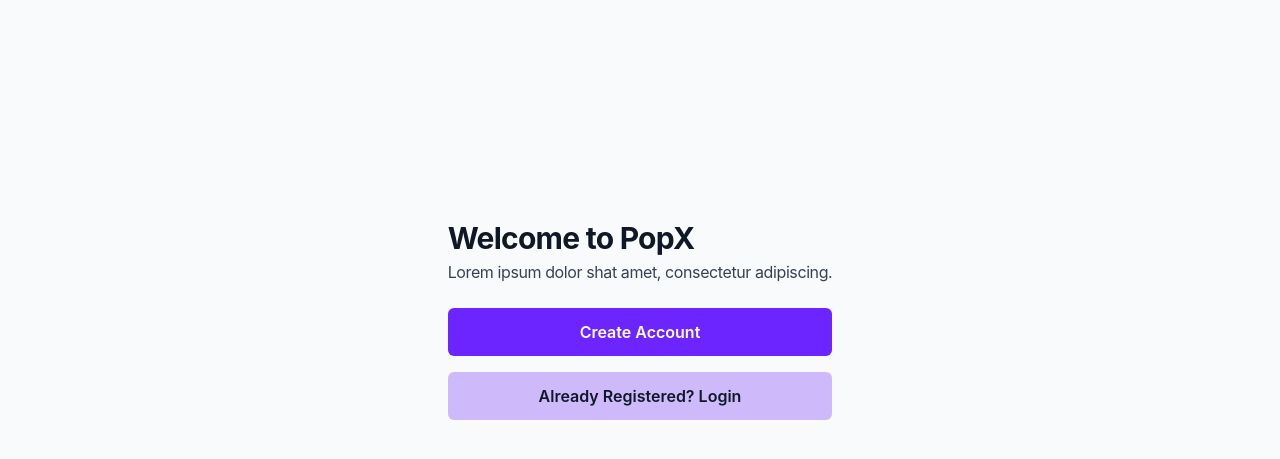
Repository: tanayburbure/inter
Page: /
An editor plug-in stored every save of this project. The page is shown before and after the next save, followed by the edit.
The browser window is 1280 px wide. The pictures show the whole page.
The project was rebuilt for these pictures with package versions that can differ from the ones it lists, and the page was loaded fresh each time. Also part of the build but not shown: vite.config.js, src/pages/Login.jsx, src/pages/Signup.jsx, src/pages/Account.jsx.

Above is the page before, as saved 2025-06-17 22:51:35.

### src/index.css
@import "tailwindcss";

body {
  font-family: 'Inter', sans-serif;
}

### src/App.jsx
import React from "react";
import { BrowserRouter as Router, Routes, Route, useLocation, useNavigate } from "react-router-dom";
import Welcome from "./pages/Welcome";
import Login from "./pages/Login";
import Signup from "./pages/Signup";
import Account from "./pages/Account";
import { UserProvider } from "./pages/UserContex";

// BackButton Component (only hidden on Welcome page)
function BackButton() {
  const location = useLocation();
  const navigate = useNavigate();

  // Hide on Welcome page
  if (location.pathname === "/") return null;

  return (
    <button
      onClick={() => navigate(-1)}
      className="absolute top-4 left-4 px-4 py-2 bg-white border border-gray-300 rounded shadow text-sm hover:bg-gray-50"
    >
      ← Back
    </button>
  );
}

// AppContent separated to use Router hooks
function AppContent() {
  return (
    <div className="relative min-h-screen bg-gray-100 text-gray-900">
      <BackButton />
      <Routes>
        <Route path="/" element={<Welcome />} />
        <Route path="/login" element={<Login />} />
        <Route path="/signup" element={<Signup />} />
        <Route path="/account" element={<Account />} />
      </Routes>
    </div>
  );
}

export default function App() {
  return (
    <UserProvider>
      <Router>
        <AppContent />
      </Router>
    </UserProvider>
  );
}

### src/pages/Welcome.jsx
import { useNavigate } from 'react-router-dom';

export default function Welcome() {
  const navigate = useNavigate();

  return (
    <div className="min-h-screen md:items-center mg:justify-center lg:items-center lg:justify-center flex flex-col justify-end px-6 py-12 bg-gray-50">
      <div className="mb-20">
        <h1 className="text-3xl font-bold mb-1 tracking-tight">Welcome to PopX</h1>
        <p className="text-md text-gray-700 mb-6 tracking-tight">
          Lorem ipsum dolor shat amet, consectetur adipiscing.
        </p>
        <button
          onClick={() => navigate('/signup')}
          className="w-full bg-[#6C25FF] text-white py-3 rounded-md font-semibold mb-4"
        >
          Create Account
        </button>
        <button
          onClick={() => navigate('/login')}
          className="w-full bg-[#CEBAFB] py-3 rounded-md font-semibold"
        >
          Already Registered? Login
        </button>
      </div>
    </div>
  );
}

### src/pages/UserContex.jsx
import { createContext, useState, useContext } from "react";

const UserContext = createContext();

export function UserProvider({ children }) {
  const [userData, setUserData] = useState(null);
  return (
    <UserContext.Provider value={{ userData, setUserData }}>
      {children}
    </UserContext.Provider>
  );
}

export function useUser() {
  return useContext(UserContext);
}

Loaded but not shown: index.html (common file); src/main.jsx (common file)

After the next save:
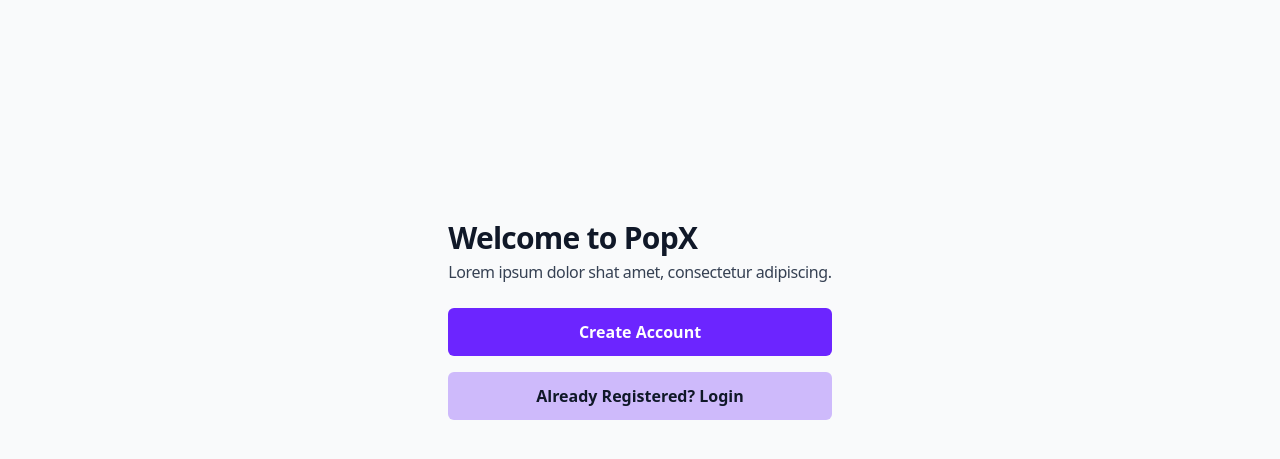
Saved 2 min 43 s later.
--- a/src/index.css
+++ b/src/index.css
@@ -1,5 +1,6 @@
 @import "tailwindcss";
 
-body {
-  font-family: 'Inter', sans-serif;
+@font-face {
+  font-family: font1;
+  src: url();
 }
